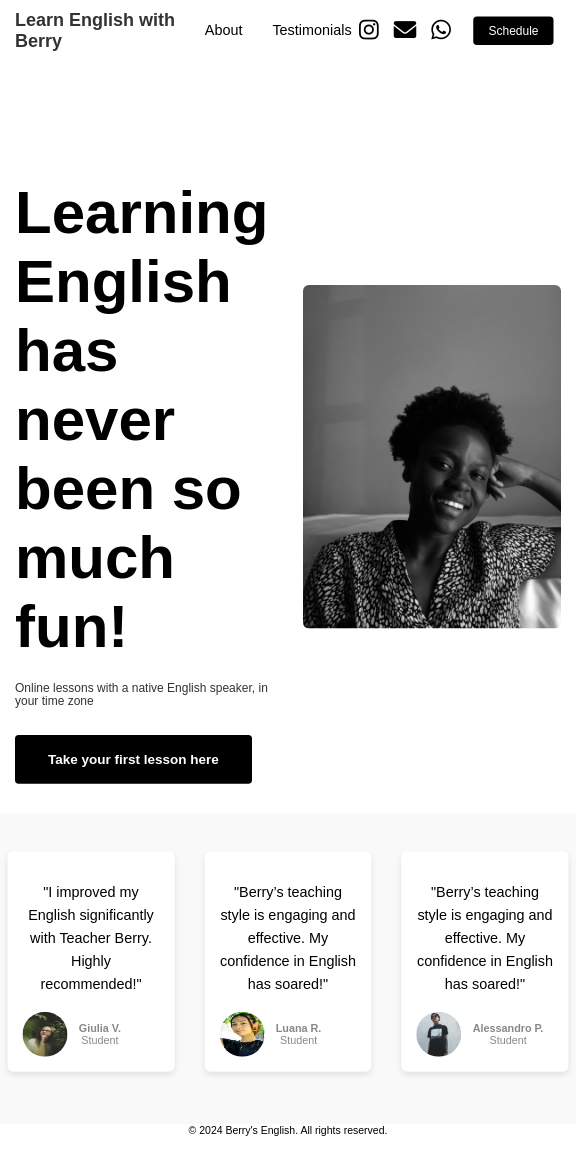
Repository: ntandomagana/esl-landing-page
Page: index.html
These files come from the project's save history. The page is drawn as it stood at one moment and after the next save; the edit follows.
The browser window is 768 px wide. The pictures show the whole page, at 75% of full size.

Above is the page before, as saved 2024-07-17 14:04:07.

After the next save:
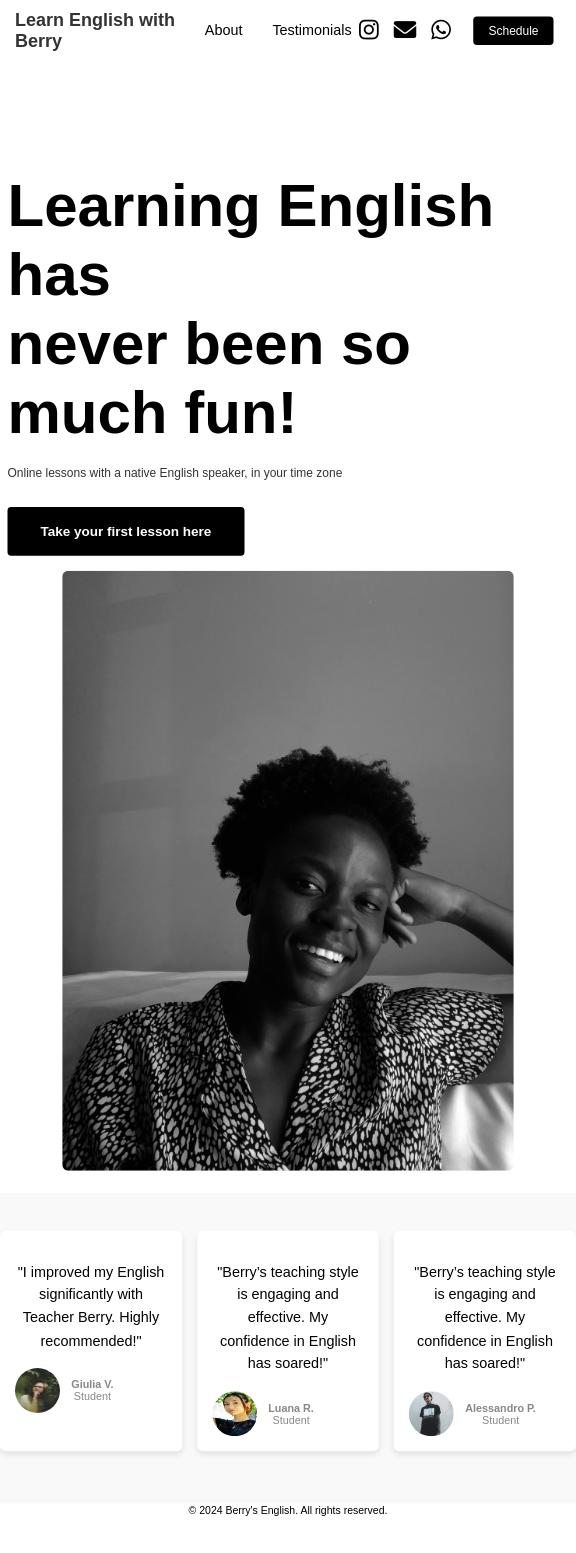
Saved 5 min 40 s later.
--- a/index.css
+++ b/index.css
@@ -249,8 +249,18 @@ footer {
 
 
 @media (max-width: 768px) {
+    .content-wrapper {
+        flex-direction: column; /* Stack columns vertically on smaller screens */
+        text-align: center;
+    }
+
+    .left-content, .right-content {
+        padding: 10px; /* Adjust padding for smaller screens */
+    }
+
     .testimonial-item {
-        width: calc(100% - 20px); /* Full width on smaller screens */
-        margin: 0 10px 20px; /* Adjust margin for spacing */
+        width: 100%; /* Full width for testimonials on smaller screens */
+        margin: 0 0 20px; /* Adjust margin for spacing */
     }
 }
+Explanation
